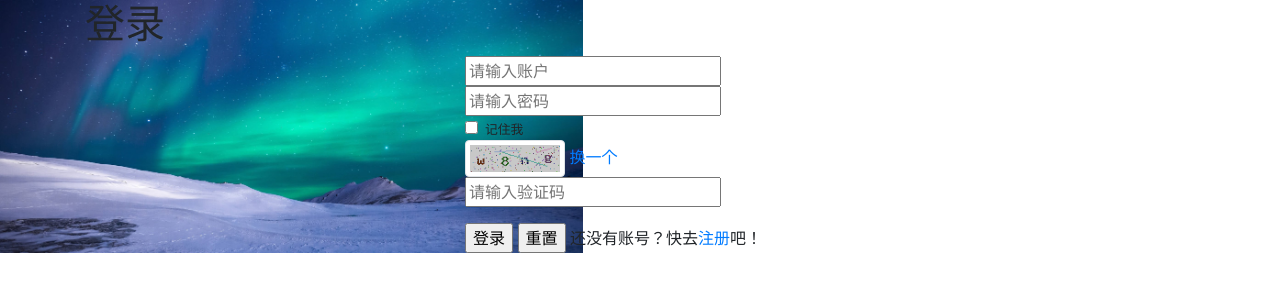
Repository: DHUAVH/Blog
Page: http://localhost/login.php
An editor plug-in stored every save of this project. The page is shown before and after the next save, followed by the edit.
The browser window is 1280 px wide. The pictures show the whole page.
Some web libraries are served in a nearby version. The page is run by PHP 8.4 with error messages shown; the project is at /var/www/html/.

Above is the page before, as saved 2020-11-29 17:08:43.

After the next save:
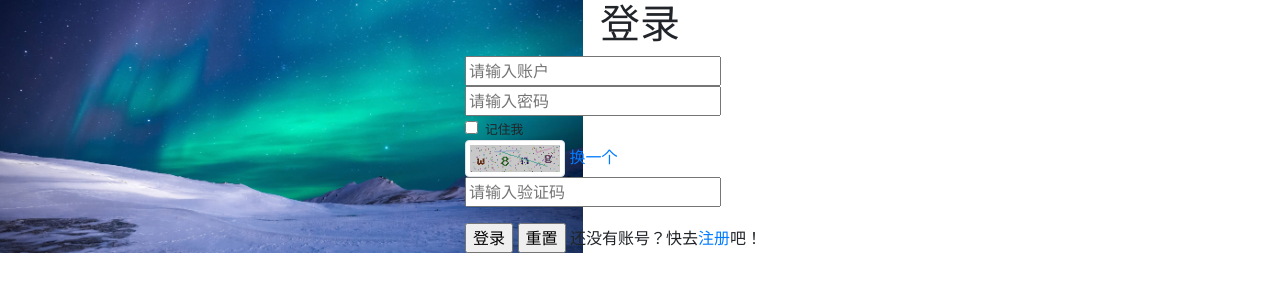
Saved 63 s later.
--- a/login.php
+++ b/login.php
@@ -20,7 +20,7 @@
 
 <body>
     <div class="container">
-    <h1>登录</h1>
+    <h1 class="text-center">登录</h1>
     <div class="row">
         <div class="col-sm-4 offset-sm-4">    <!--使用网格系统和偏移量设置居中-->
             <div class="d-flex">
